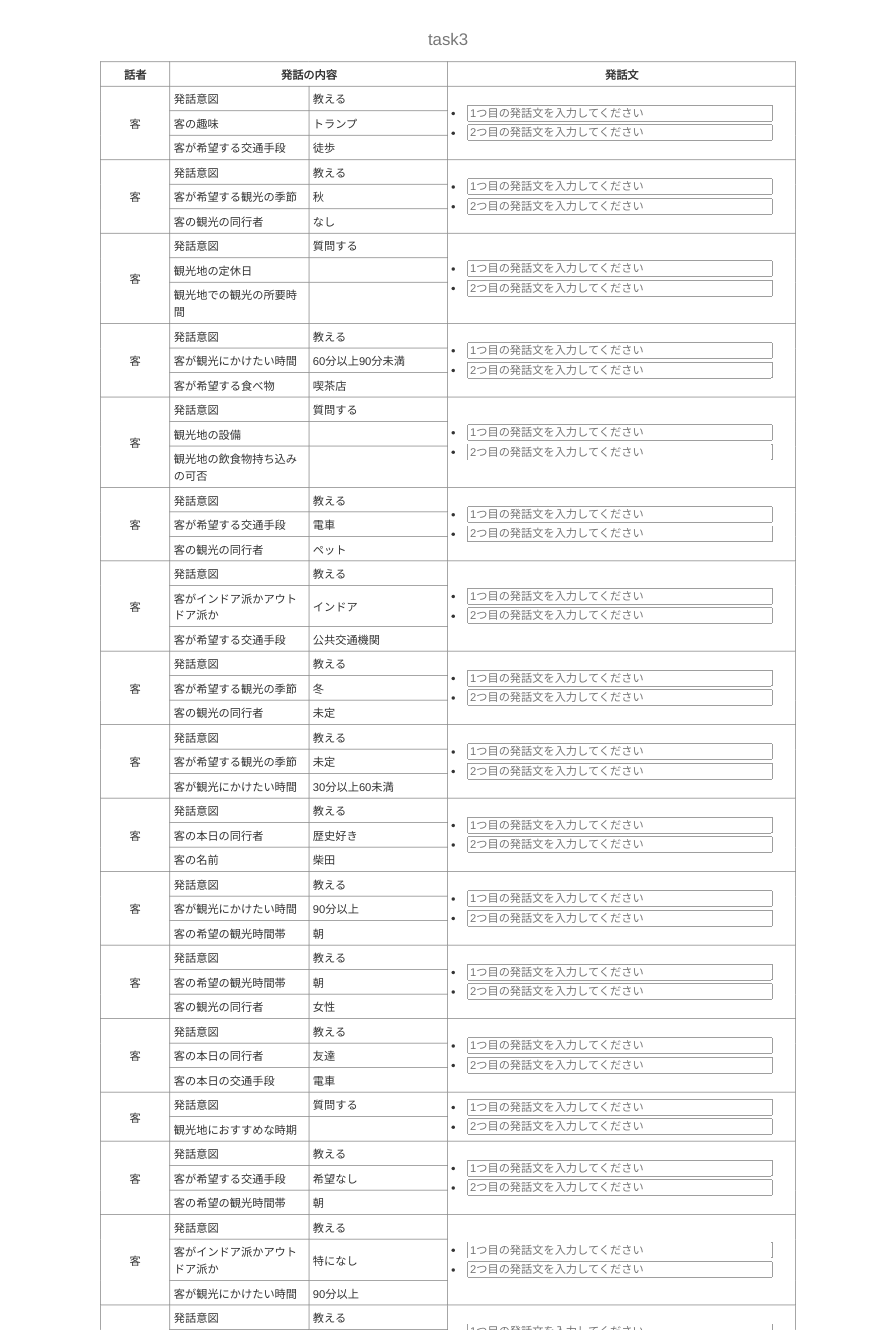
Repository: FlowRobocon/data_collection
Page: mqgs14h2reu1.html
The author's editor kept a copy of each file at every save. The page is drawn from the files as they stood at one save, then again after the next save.
The browser window is 1280 px wide. The pictures show the part of the page from y = 3534 to 5434 px (the page is 5923 px tall before and 5853 px after), at 70% of full size.
A picture or video elsewhere on the page could not be fetched, so the positions and the page height are approximate. Some web libraries are served in a nearby version.

Above is the page before, as saved 2022-07-24 19:11:38.

After the next save:
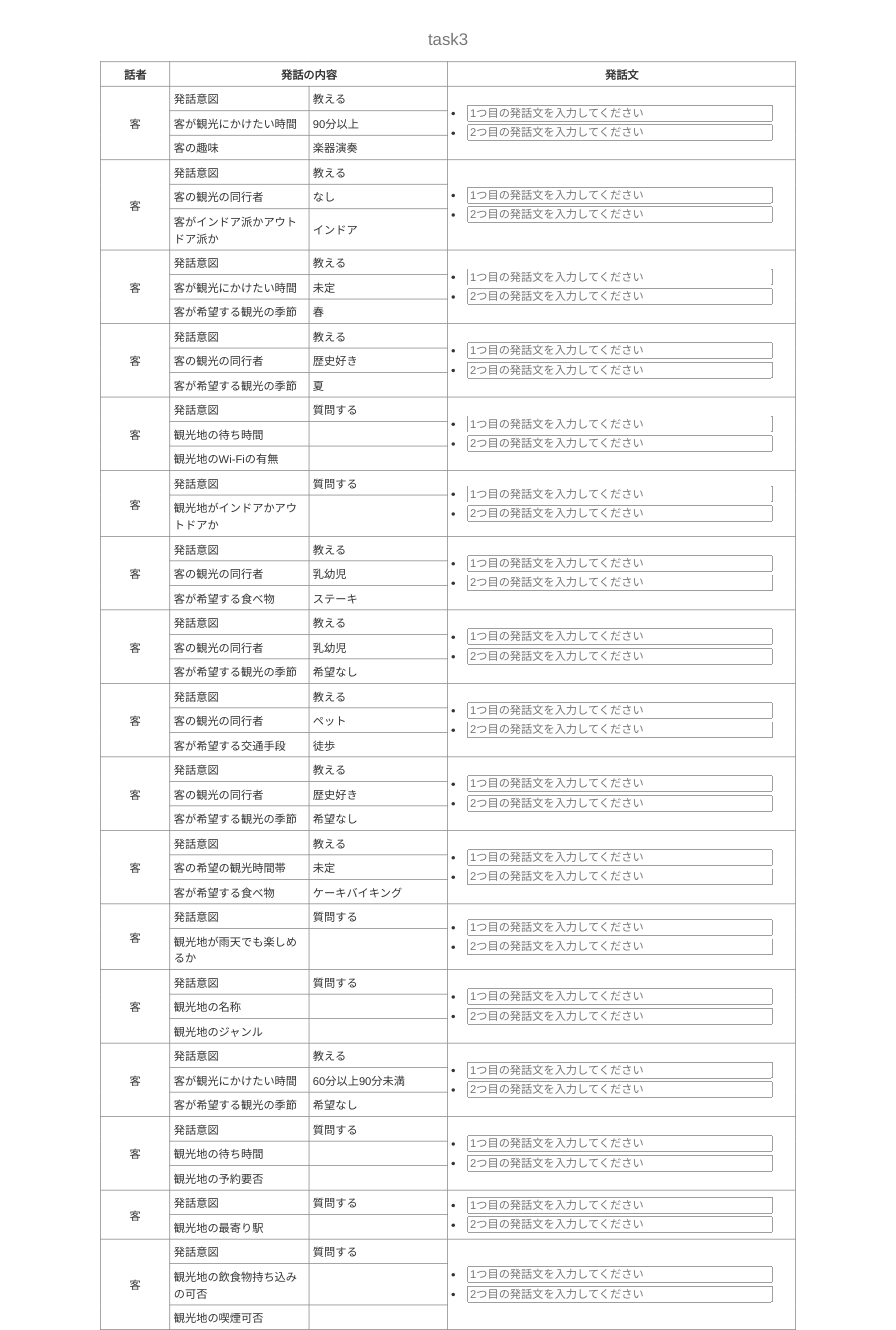
Saved 8 s later.
--- a/mqgs14h2reu1.html
+++ b/mqgs14h2reu1.html
@@ -172,7 +172,7 @@
         let task_id = Math.floor(Math.random()*7);
         var speaker = "user"
         var json_data = ""
-        $.getJSON("data/da_list-2022-0724/da_list-user-max2/group1/task" + String(task_id) + ".json", function(json) {
+        $.getJSON("data/da_list-2022-0724-1900/da_list-user-max2/group1/task" + String(task_id) + ".json", function(json) {
         json_data = json
         // console.log(String(task_id))
         // console.log(json);
